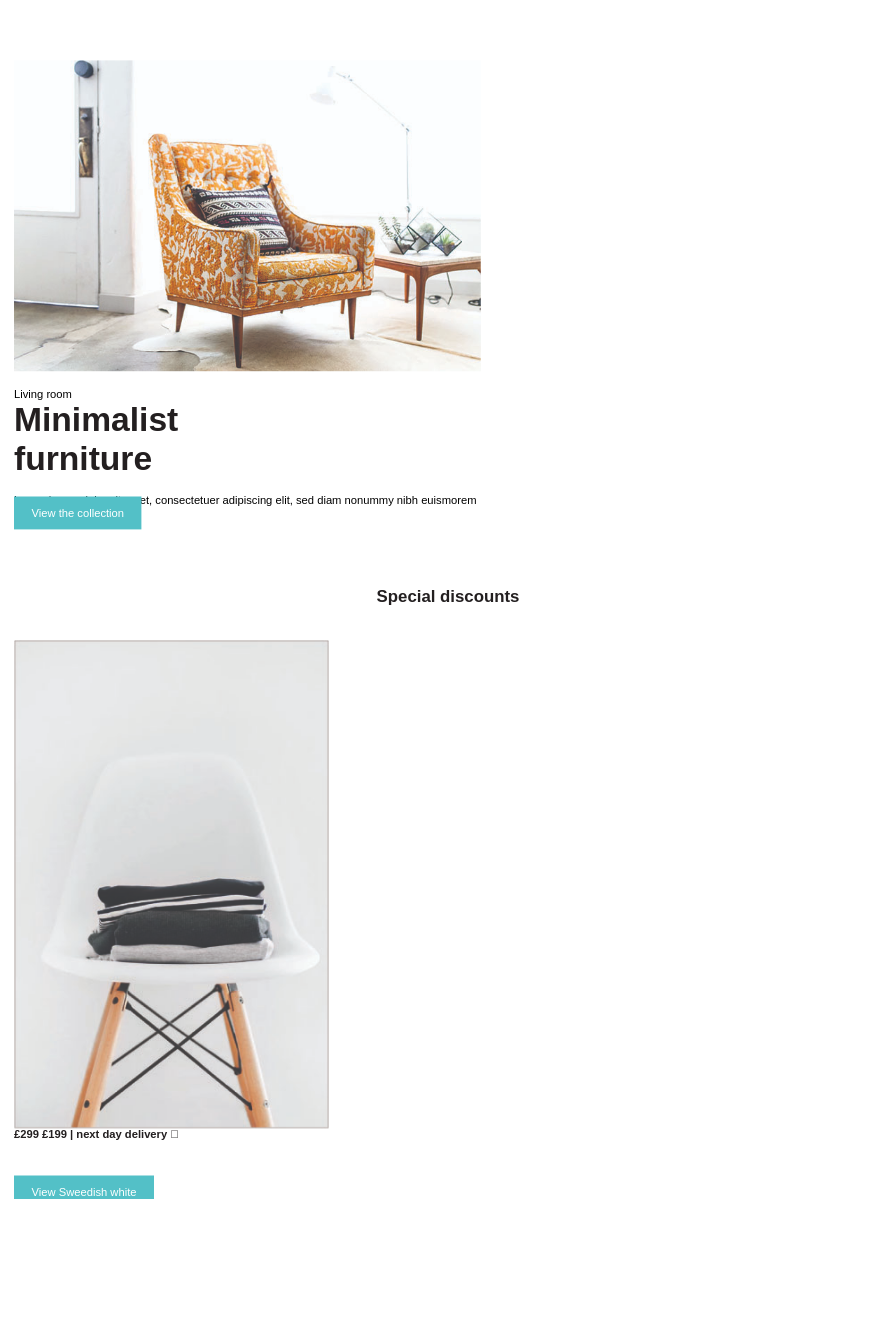
Repository: dinhhaidh/republic-web
Page: index.html
An editor plug-in stored every save of this project. The page is shown before and after a run of saves, followed by the edit.
The browser window is 1280 px wide. The pictures show the part of the page from y = 1196 to 3116 px (the page is 3116 px tall before and 3100 px after), at 70% of full size.
Some web fonts or font styles are not loaded; a fallback is used. Some web libraries are served in a nearby version.

Above is the page before, as saved 2024-01-24 18:08:28.

After the next 5 saves:
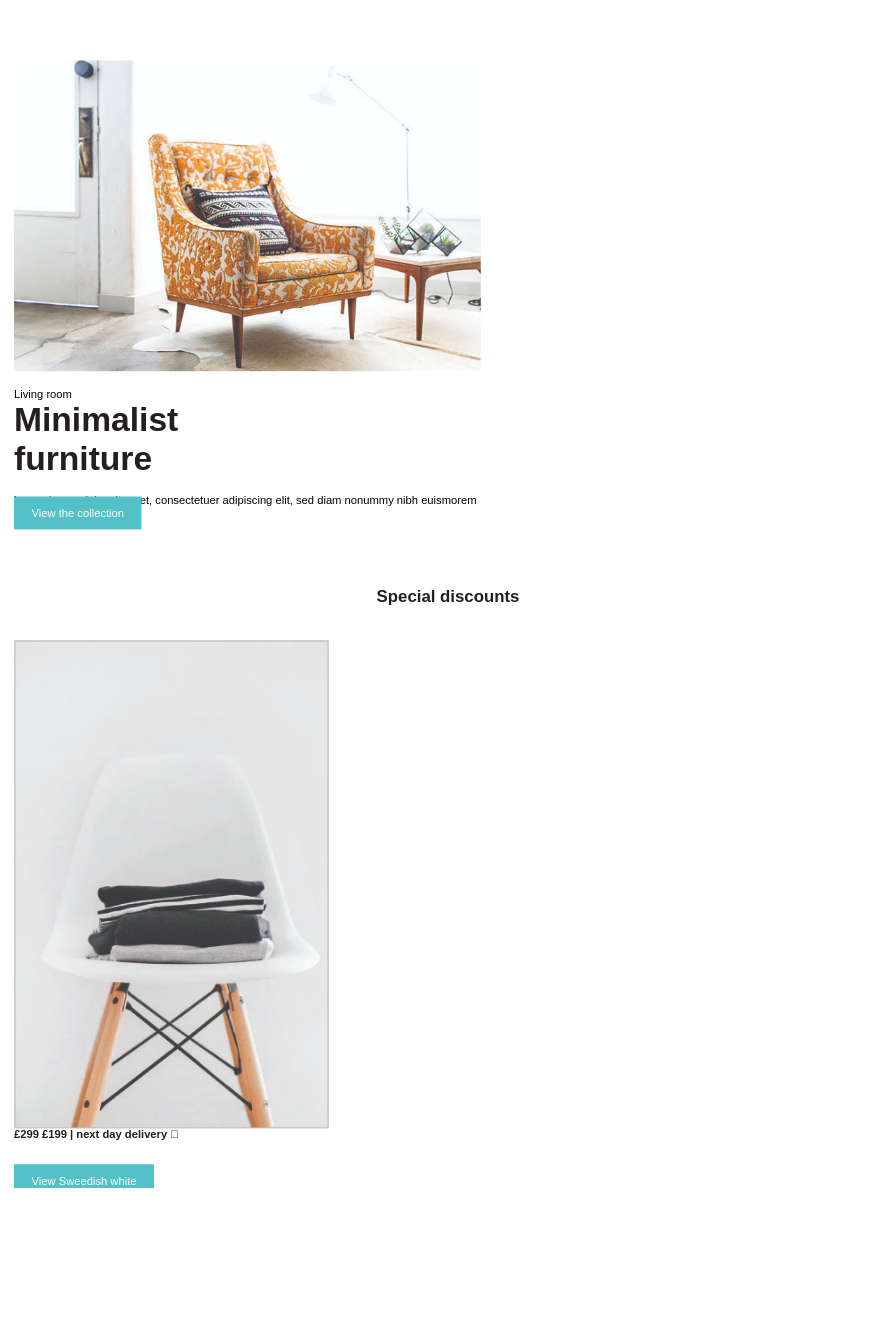
The 5 saves are shown as one change because they came seconds apart.
The last was saved 19 s later.
--- a/style.css
+++ b/style.css
@@ -334,7 +334,7 @@ img {
   width: 450px;
 }
 .lounge h4{
-  margin-bottom: 4rem;
+  margin-bottom: var(--bigger-font-size);
 }
 .button__link{
 
